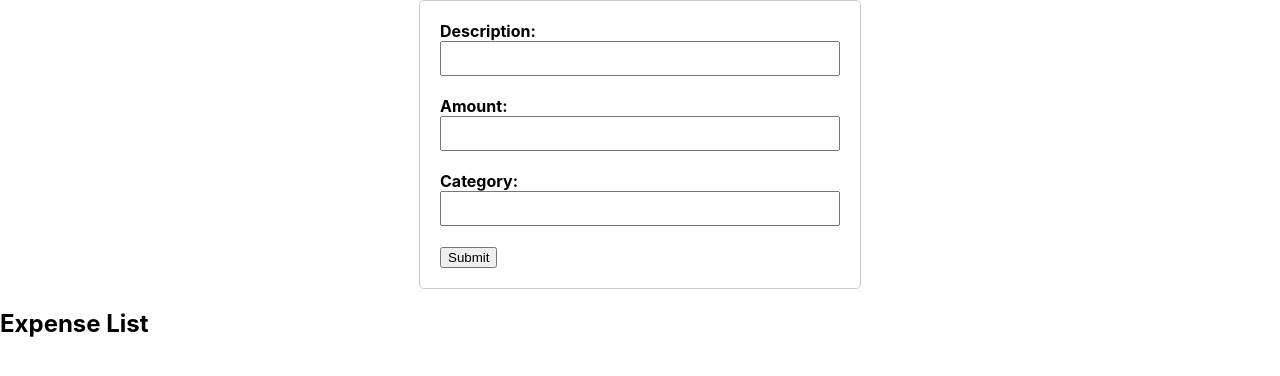
Repository: Victor-MGB/basic-expense-tracker
Page: / (app in expense-tracker/)
These files come from the project's save history. The page is drawn as it stood at one moment and after a run of saves; the edit follows.
The browser window is 1280 px wide. The pictures show the whole page.
The project was rebuilt for these pictures with package versions that can differ from the ones it lists, and the page was loaded fresh each time. Also part of the build but not shown: expense-tracker/src/component/ExpenseItem.js.

Above is the page before, as saved 2023-12-10 22:45:22.

### expense-tracker/src/App.js
import React, { useState } from 'react';
import { ExpenseForm } from './component/ExpenseForm';
import ExpenseList from './component/ExpenseList';
function App(){

  const [expense,setExpense]=useState([])
  const handleAddExpense=(newExpense)=>{
    setExpense([...expense,newExpense])
  }

  const handleDeleteExpense=(expenseId)=>{
    setExpense(expense.filter((expense)=>expense.id !== expenseId))
  }

  const handleUpdateExpense=(updatedExpense)=>{
    setExpense((prevExpense)=>prevExpense.map((expense)=>expense.id === updatedExpense.id ? updatedExpense : expense
    )
    )
  }
  return(
    <>
    <ExpenseForm onAddExpense={handleAddExpense}/>
    <ExpenseList expense={expense}
    onDeleteExpense={handleDeleteExpense}
    onUpdateExpense={handleUpdateExpense}/>
    </>
  )
}
export default App;

### expense-tracker/src/component/ExpenseForm.js
import React, { useState } from 'react'
export function ExpenseForm({onAddExpense}) {
    const [description,setDescription] = useState('');
    const [amount,setAmount] = useState('');
    const [category,setCategory] = useState('')

    const handleDescription=(e)=>{
        setDescription(e.target.value)
    }

    const handleAmount=(e)=>{
        setAmount(e.target.value)
    }

    const handleCategory =(e)=>{
        setCategory(e.target.value)
    }


    const handleSubmit=(e)=>{
        e.preventDefault()

        if(!description || !amount ||!category){
            alert('fill in the field')
            return;

        }

        const newExpense = {
            id:Date.now(),
            description,
            amount:parseFloat(amount),
            category,
        }

        onAddExpense(newExpense);

        setDescription('');
        setAmount('');
        setCategory('')
    }

    const formStyle ={
        maxWidth:'400px',
        margin:'auto',
        padding:'20px',
        border:'1px solid #ccc',
        borderRadius:'5px'
    }

    const labelStyle={
        display:'block',
        marginBottom:'10px',
        fontWeight:'bold'
    }

    const inputStyle ={
        width:'100%',
        padding:'8px',
        marginBottom:'10px',
        boxSizing:'border-box'
    }

    const submitButtonStyle ={
        backgroundColor:'#4'
    }

    return (
        <>
           <form onSubmit={handleSubmit} style={formStyle}>
            <label style={labelStyle}>
                Description:
                <input type='text' value={description} onChange={handleDescription} style={inputStyle}/>
            </label>

            <label style={labelStyle}>
                Amount:
                <input type='text' value={amount} onChange={handleAmount} style={inputStyle}/>
            </label>

            <label style={labelStyle}>
                Category:
                <input type='text' value={category} onChange={handleCategory} style={inputStyle}/>
            </label>

            <button type='submit' style={submitButtonStyle}> Submit</button>
            </form>
        </>
    )
}

### expense-tracker/src/component/ExpenseList.js
import React from 'react'
import ExpenseItem from './ExpenseItem'

function ExpenseList({expense,onDeleteExpense,onUpdateExpense}) {
  return (
    <div>
        <h2>Expense List</h2>
        <ul>
            {
                expense.map((expense)=>(
                    <li key={expense.id}>
                        <ExpenseItem expense={expense}
                        onDeleteExpense={onDeleteExpense}
                        onUpdateExpense={onUpdateExpense}/>
                    </li>
                ))
            }
        </ul>
    </div>
  )
}

export default ExpenseList

Loaded but not shown: expense-tracker/public/index.html (common file); expense-tracker/src/index.js (common file); expense-tracker/src/index.css (common file); expense-tracker/src/reportWebVitals.js (common file)

After the next 2 saves:
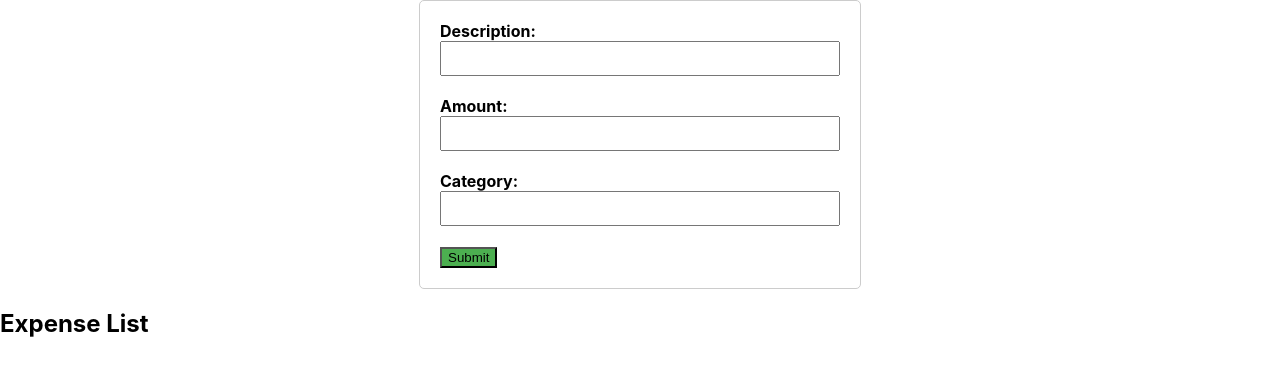
The 2 saves are shown as one change because they came seconds apart.
The last was saved 7 s later.
--- a/expense-tracker/src/component/ExpenseForm.js
+++ b/expense-tracker/src/component/ExpenseForm.js
@@ -62,7 +62,7 @@ export function ExpenseForm({onAddExpense}) {
     }
 
     const submitButtonStyle ={
-        backgroundColor:'#4'
+        backgroundColor:'#4CAF50'
     }
 
     return (
